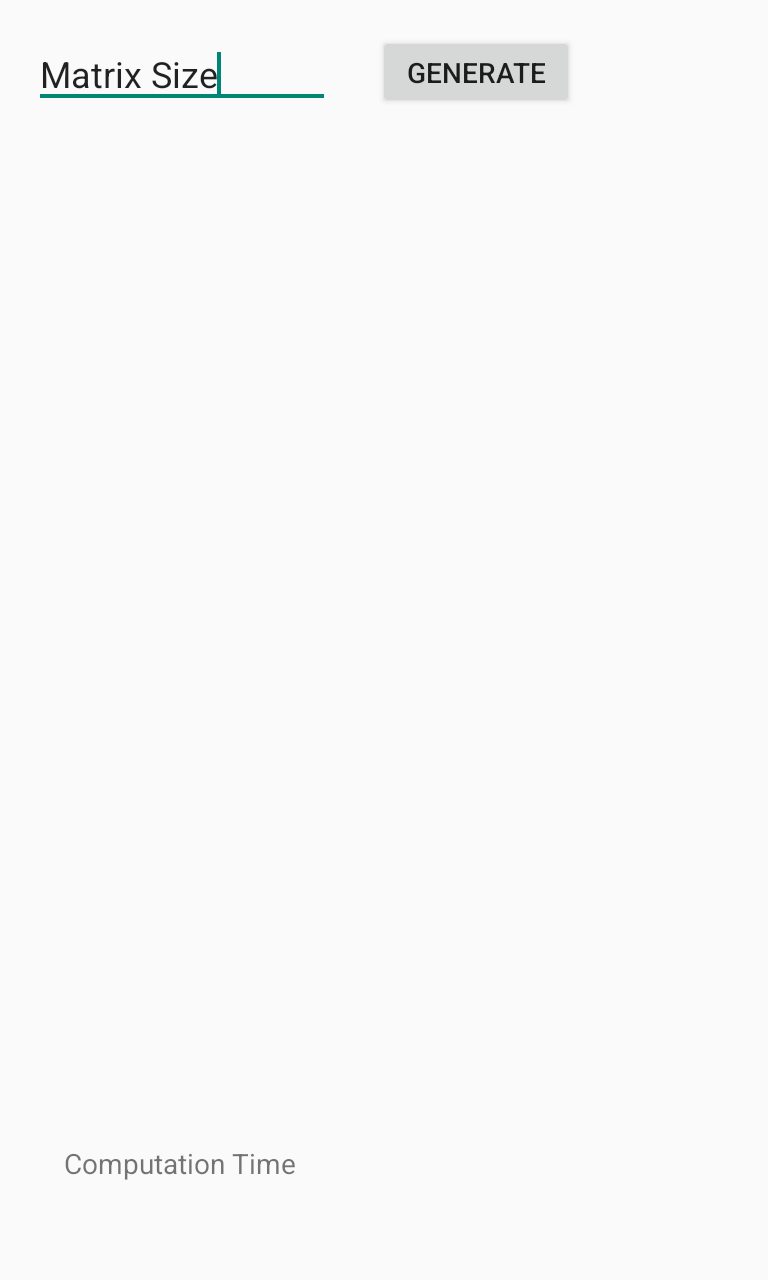
Repository: lhsieh814/ParallelProject
Layout: MatrixManipulation/res/layout/activity_main.xml
The author's editor kept a copy of each file at every save. The layout is drawn from the files as they stood at one save, then again after the next save.
It is drawn on a 768 x 1280 px phone screen (xhdpi) without system bars, with theme AppTheme; the app's code is not run.

Above is the layout before, as saved 2014-11-22 19:36:06.

After the next save:
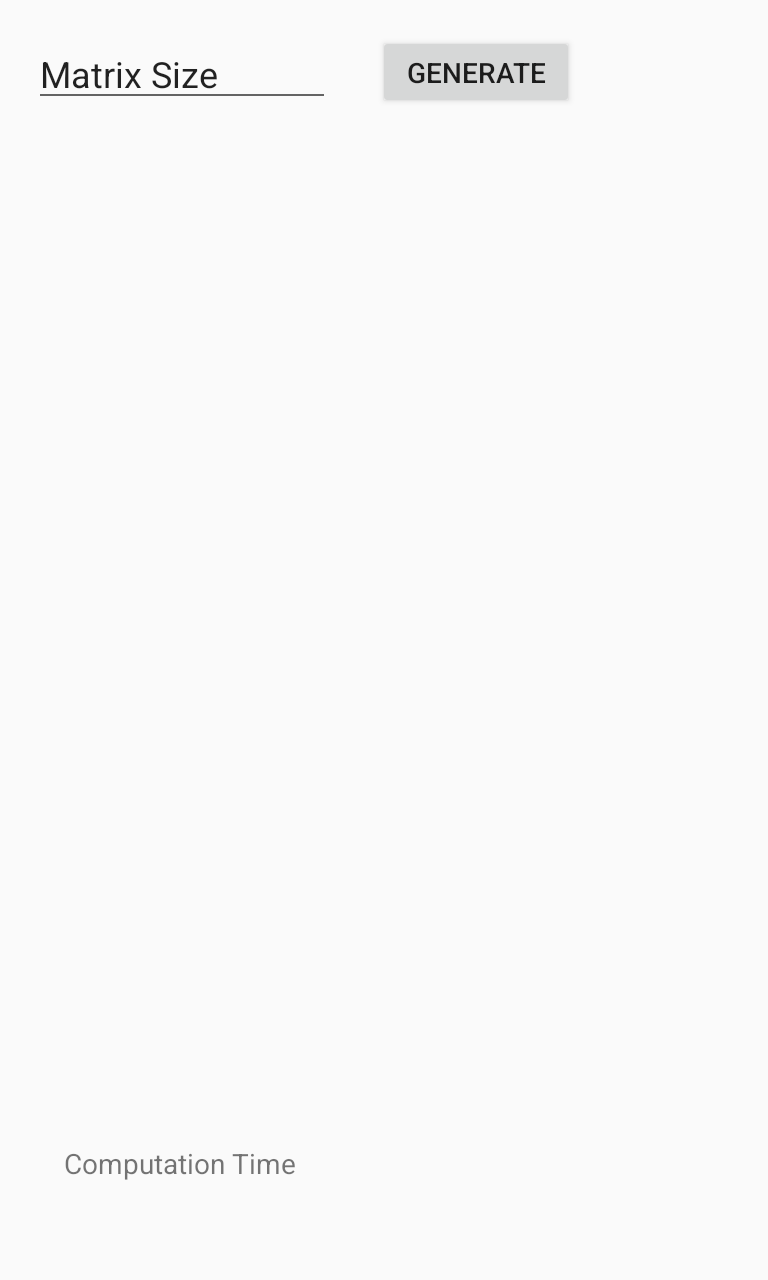
Saved 39 s later.
--- a/MatrixManipulation/res/layout/activity_main.xml
+++ b/MatrixManipulation/res/layout/activity_main.xml
@@ -17,10 +17,9 @@
         android:layout_alignParentTop="true"
         android:ems="10"
         android:inputType="number"
-        android:text="Matrix Size" >
+        android:text="Matrix Size" />
 
-        <requestFocus />
-    </EditText>
+
 
     <TextView
         android:id="@+id/computationTime"
